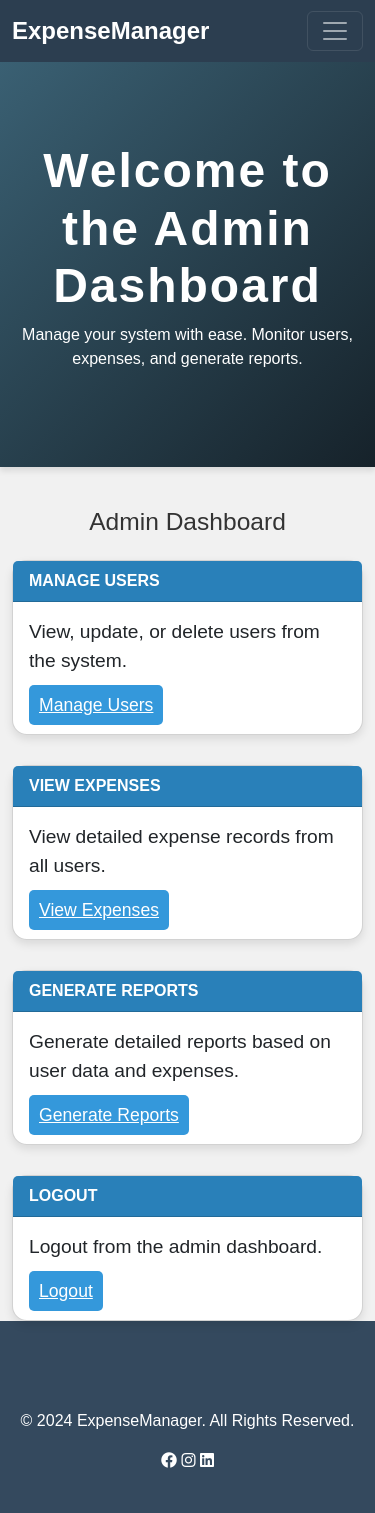
Repository: omlokhande1212/Expense-management
Page: http://localhost/Demo/admindashboard.jsp
These files come from the project's save history. The page is drawn as it stood at one moment and after the next save; the edit follows.
The browser window is 375 px wide. The pictures show the whole page.
The page is served by Tomcat 10. Other server files are loaded and not shown.

Above is the page before, as saved 2024-11-28 19:00:27.

### expense/Demo/src/main/webapp/admindashboard.jsp
<!DOCTYPE html>
<html lang="en">
<head>
    <meta charset="UTF-8">
    <meta name="viewport" content="width=device-width, initial-scale=1.0">
    <title>Admin Dashboard</title>
    <link href="https://cdn.jsdelivr.net/npm/bootstrap@5.3.0-alpha1/dist/css/bootstrap.min.css" rel="stylesheet">
    <link href="https://cdnjs.cloudflare.com/ajax/libs/font-awesome/6.0.0-beta3/css/all.min.css" rel="stylesheet">
    <style>
        body {
            font-family: 'Arial', sans-serif;
            background: #f1f1f1;
            color: #333;
            margin: 0;
            padding: 0;
        }
        .navbar {
            background-color: #2c3e50;
        }
        .navbar-brand {
            font-weight: bold;
            font-size: 1.5rem;
        }
        .navbar-nav .nav-link {
            font-size: 1.2rem;
            padding: 10px 15px;
        }
        .navbar-nav .nav-link:hover {
            background-color: #34495e;
            color: white;
        }
        .hero-section {
            background: linear-gradient(135deg, #3a6073, #16222A);
            color: white;
            padding: 80px 0;
            text-align: center;
            box-shadow: 0 4px 6px rgba(0, 0, 0, 0.1);
        }
        .hero-section h1 {
            font-size: 3rem;
            font-weight: bold;
            letter-spacing: 2px;
        }
        .dashboard-container {
            margin-top: 40px;
        }
        .card {
            border-radius: 15px;
            box-shadow: 0 4px 10px rgba(0, 0, 0, 0.1);
            background-color: #ffffff;
            transition: transform 0.3s ease;
        }
        .card:hover {
            transform: translateY(-10px);
        }
        .card-header {
            background-color: #2980b9;
            color: white;
            font-weight: bold;
            text-transform: uppercase;
            border-radius: 15px 15px 0 0;
        }
        .btn-dashboard {
            width: 100%;
            padding: 10px;
            font-size: 1.1rem;
            background-color: #3498db;
            border: none;
            color: white;
            transition: background-color 0.3s ease;
            border-radius: 5px;
        }
        .btn-dashboard:hover {
            background-color: #2980b9;
        }
        .card-body p {
            font-size: 1.2rem;
        }
        .row .col-md-4 {
            margin-bottom: 30px;
        }
        footer {
            background-color: #34495e;
            color: white;
            padding: 20px 0;
            text-align: center;
        }
        footer a {
            color: white;
            text-decoration: none;
            font-weight: bold;
        }
    </style>
</head>
<body>

    <!-- Navbar -->
    <nav class="navbar navbar-expand-lg navbar-dark">
        <div class="container">
            <a class="navbar-brand" href="#">ExpenseManager</a>
            <button class="navbar-toggler" type="button" data-bs-toggle="collapse" data-bs-target="#navbarNav">
                <span class="navbar-toggler-icon"></span>
            </button>
            <div class="collapse navbar-collapse" id="navbarNav">
                <ul class="navbar-nav ms-auto">

                    <li class="nav-item">
                        <a class="nav-link" href="aboutus.html">About Us</a>
                    </li>
                    <li class="nav-item">
                        <a class="nav-link" href="contactus.html">Contact Us</a>
                    </li>
                    <li class="nav-item">
                        <a class="btn btn-outline-light" href="index.html">Logout</a>
                    </li>
                </ul>
            </div>
        </div>
    </nav>

    <!-- Hero Section -->
    <div class="hero-section">
        <div class="container">
            <h1>Welcome to the Admin Dashboard</h1>
            <p>Manage your system with ease. Monitor users, expenses, and generate reports.</p>
        </div>
    </div>

    <!-- Dashboard Content -->
    <div class="container dashboard-container">
        <h2 class="text-center mb-4">Admin Dashboard</h2>
        <div class="row">
            <!-- Manage Users Card -->
            <div class="col-md-4">
                <div class="card">
                    <div class="card-header">
                        Manage Users
                    </div>
                    <div class="card-body">
                        <p>View, update, or delete users from the system.</p>
                        <a href="manageUsers.jsp" class="btn-dashboard">Manage Users</a>
                    </div>
                </div>
            </div>

            <!-- View Expenses Card -->
            <div class="col-md-4">
                <div class="card">
                    <div class="card-header">
                        View Expenses
                    </div>
                    <div class="card-body">
                        <p>View detailed expense records from all users.</p>
                        <a href="adminExpense.jsp" class="btn-dashboard">View Expenses</a>
                    </div>
                </div>
            </div>

            <!-- Reports Card -->
            <div class="col-md-4">
                <div class="card">
                    <div class="card-header">
                        Generate Reports
                    </div>
                    <div class="card-body">
                        <p>Generate detailed reports based on user data and expenses.</p>
                        <a href="adminReports.jsp" class="btn-dashboard">Generate Reports</a>
                    </div>
                </div>
            </div>
        </div>

        <div class="row">



            <!-- Logout Card -->
            <div class="col-md-6">
                <div class="card">
                    <div class="card-header">
                        Logout
                    </div>
                    <div class="card-body">
                        <p>Logout from the admin dashboard.</p>
                        <a href="index.html" class="btn-dashboard">Logout</a>
                    </div>
                </div>
            </div>
        </div>
    </div>

    <!-- Footer -->
    <footer>

  <footer class="footer mt-5">
    <div class="container text-center">
              <p>&copy; <script>document.write(new Date().getFullYear())</script> ExpenseManager. All Rights Reserved.</p>

      <div class="social-icons">
        <a href="https://facebook.com" target="_blank"><i class="fab fa-facebook"></i></a>
        <a href="https://instagram.com" target="_blank"><i class="fab fa-instagram"></i></a>
        <a href="https://linkedin.com" target="_blank"><i class="fab fa-linkedin"></i></a>
      </div>
    </div>
  </footer>

    <!-- JavaScript Libraries -->
    <script src="https://cdn.jsdelivr.net/npm/bootstrap@5.3.0-alpha1/dist/js/bootstrap.bundle.min.js"></script>
</body>
</html>

After the next save:
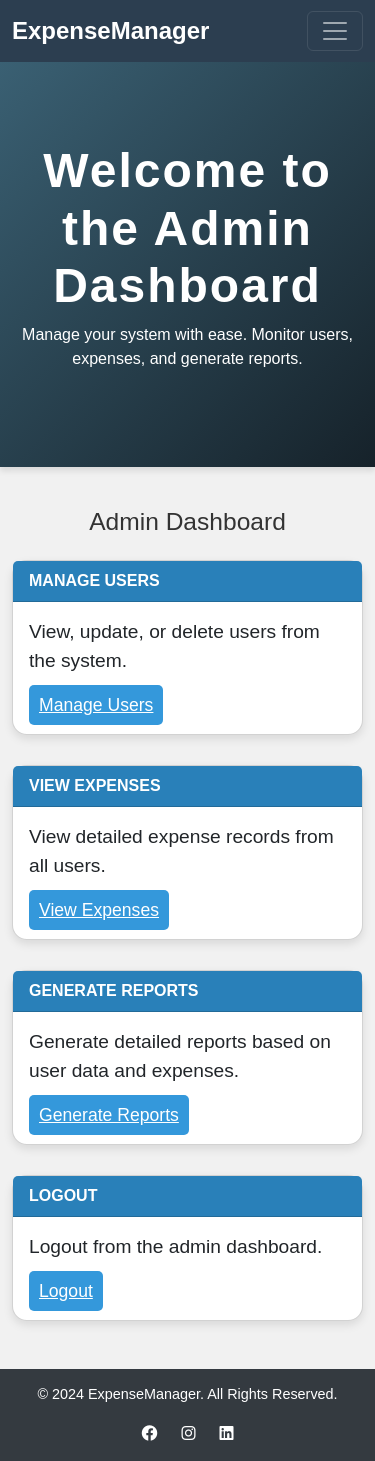
Saved 96 s later.
--- a/expense/Demo/src/main/webapp/admindashboard.jsp
+++ b/expense/Demo/src/main/webapp/admindashboard.jsp
@@ -79,17 +79,32 @@
         .row .col-md-4 {
             margin-bottom: 30px;
         }
-        footer {
-            background-color: #34495e;
-            color: white;
-            padding: 20px 0;
-            text-align: center;
-        }
-        footer a {
-            color: white;
-            text-decoration: none;
-            font-weight: bold;
-        }
+
+    /* Responsive Footer */
+    .footer {
+      background-color: #343a40;
+      color: white;
+      padding: 20px;
+      text-align: center;
+    }
+
+    .social-icons a {
+      color: white;
+      font-size: 20px;
+      margin: 0 10px;
+    }
+
+    /* Footer placement for all screen sizes */
+    @media (max-width: 576px) {
+      .footer {
+        padding: 15px;
+        font-size: 0.9rem;
+      }
+
+      .social-icons a {
+        font-size: 16px;
+      }
+    }
     </style>
 </head>
 <body>
